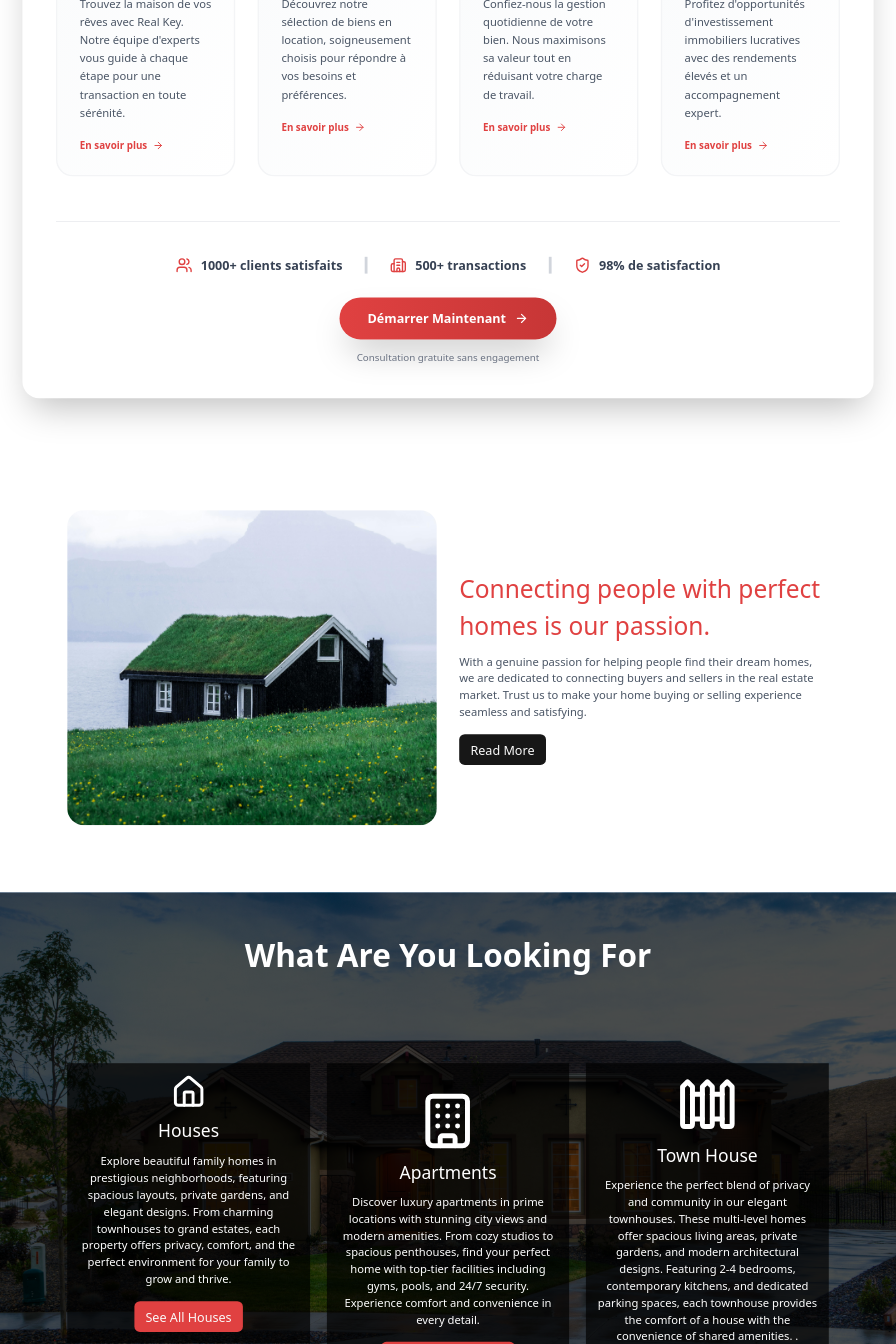
Repository: lamatmed/Real-Key
Page: /
These files come from the project's save history. The page is drawn as it stood at one moment and after the next save; the edit follows.
The browser window is 1280 px wide. The pictures show the part of the page from y = 3047 to 4967 px (the page is 5459 px tall), at 70% of full size.
The page's requests for data from a server got no answer. The project was rebuilt for these pictures with package versions that can differ from the ones it lists, and the page was loaded fresh each time. Some packages were replaced by stand-ins written for this rebuild. The framework's server and built-in components were replaced by stand-ins that run in the browser. No one was signed in, and anything a server would have sent is missing. Also part of the build but not shown: next.config.ts, app/_components/PropertyCard.tsx.

Above is the page before, as saved 2025-09-28 15:12:48.

After the next save:
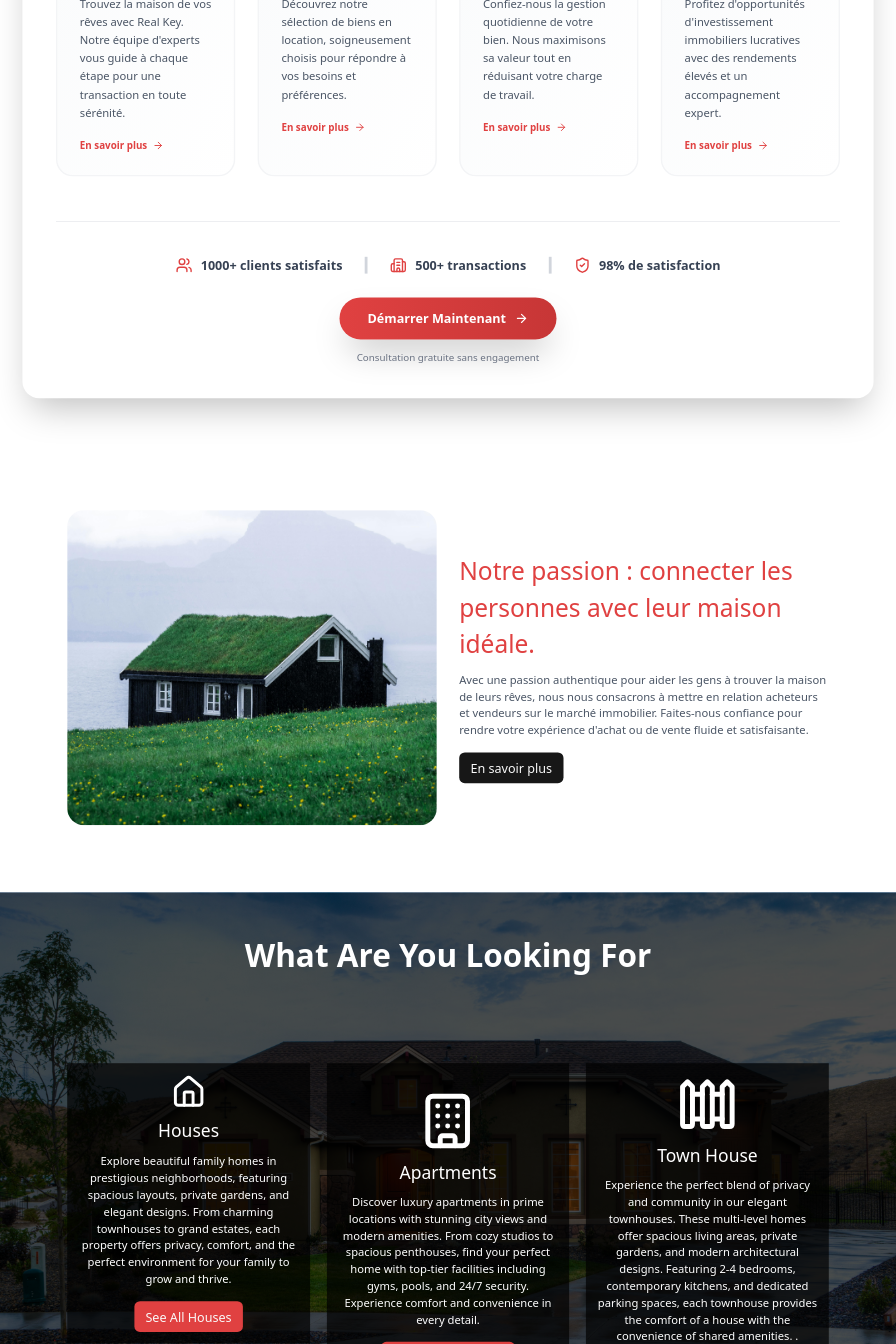
Saved 61 s later.
--- a/app/_components/ConnectingPeople.tsx
+++ b/app/_components/ConnectingPeople.tsx
@@ -9,10 +9,10 @@ function ConnectingPeople() {
         <Image  className='rounded-3xl w-full h-[450px] object-cover' width={800} height={800} alt='image' src="/house.jpg"/>
 
         <div>
-   <h1 className='text-[35px] text-[#e04141]'>Connecting people with perfect homes is our passion.</h1>
-   <p className='text-gray-600 mt-3'>With a genuine passion for helping people find their dream homes, we are dedicated to connecting buyers and sellers in the real estate market. Trust us to make your home buying or selling experience seamless and satisfying.</p>
+   <h1 className='text-[35px] text-[#e04141]'>Notre passion : connecter les personnes avec leur maison idéale.</h1>
+   <p className='text-gray-600 mt-3'>Avec une passion authentique pour aider les gens à trouver la maison de leurs rêves, nous nous consacrons à mettre en relation acheteurs et vendeurs sur le marché immobilier. Faites-nous confiance pour rendre votre expérience d'achat ou de vente fluide et satisfaisante.</p>
 
-   <Button className='mt-5'>Read More</Button>
+   <Button className='mt-5'>En savoir plus</Button>
 
         </div>
     </div>
